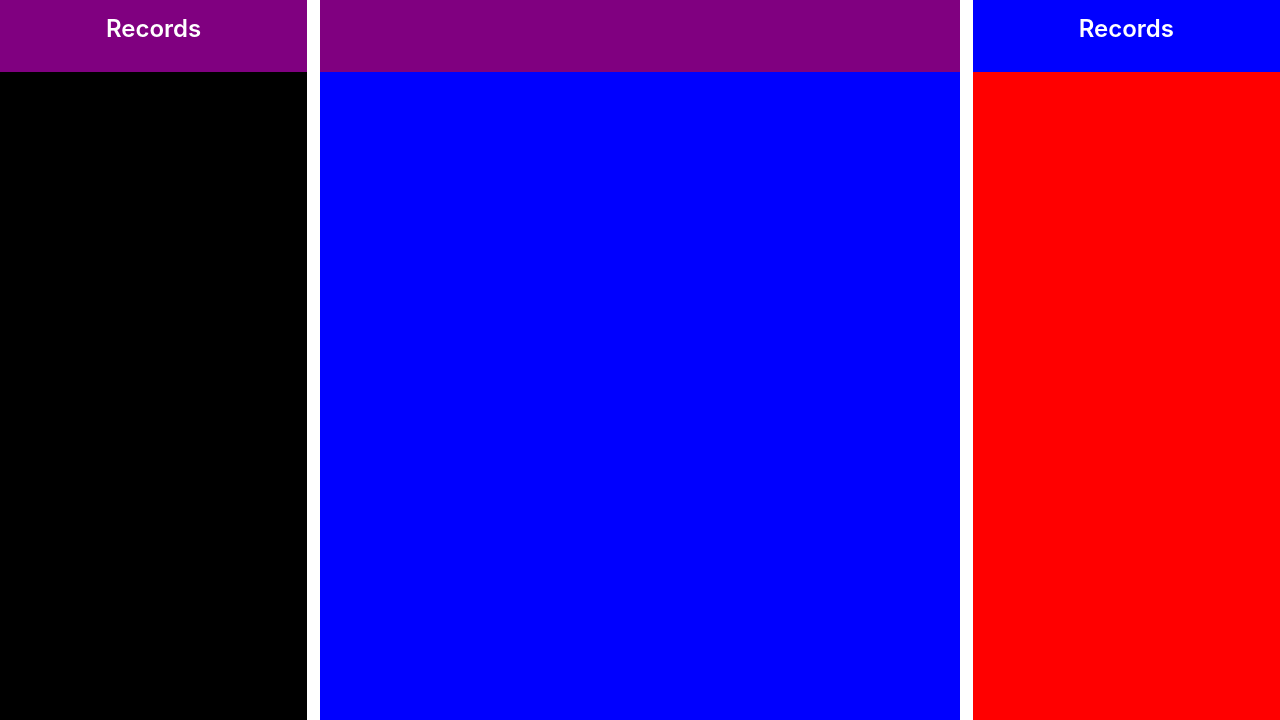
Repository: napan24/classforma_assignment
Page: / (app in client/)
The author's editor kept a copy of each file at every save. The page is drawn from the files as they stood at one save, then again after the next save.
The browser window is 1280 px wide. The pictures show the whole page.
The project was rebuilt for these pictures with package versions that can differ from the ones it lists, and the page was loaded fresh each time. Also part of the build but not shown: client/src/App.css.

Above is the page before, as saved 2022-07-19 16:38:34.

After the next save:
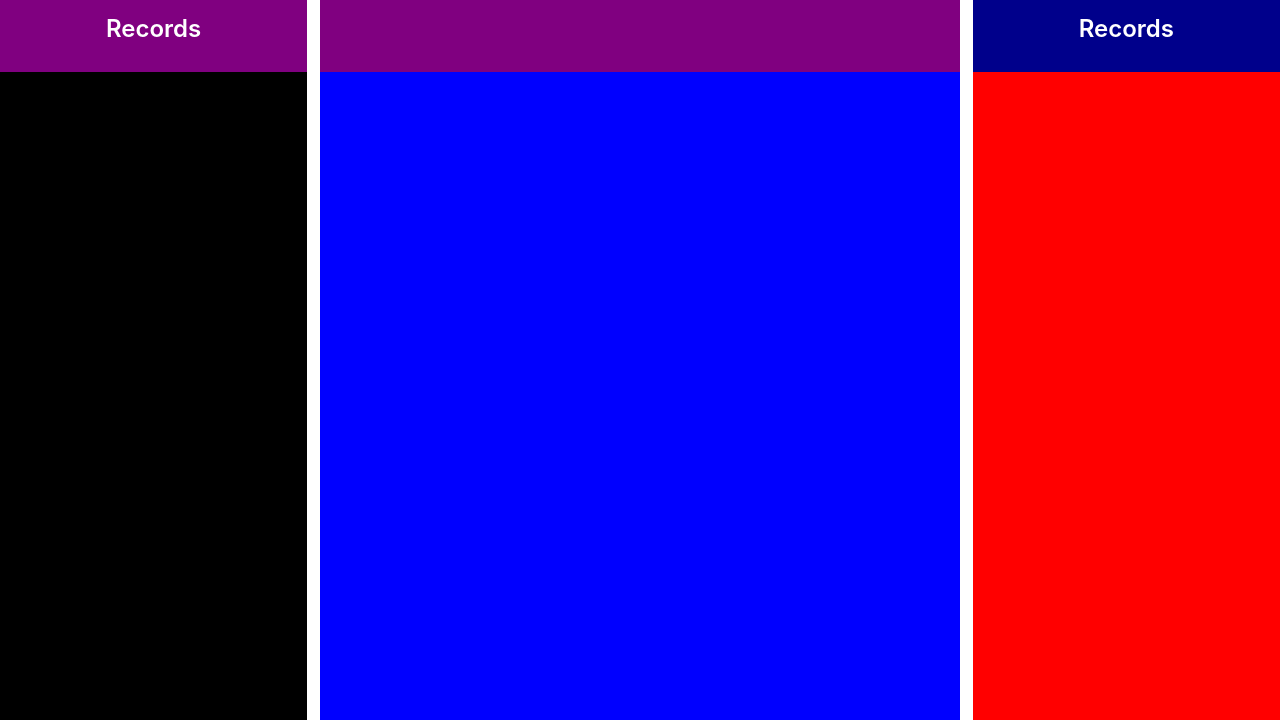
Saved 22 s later.
--- a/client/src/Home.js
+++ b/client/src/Home.js
@@ -23,7 +23,7 @@ const Home = () => {
                     </div>
                 </div>
                 <div style={{ width: "24vw", height: "100vh", backgroundColor: "red" }}>
-                    <div style={{ width: "24vw", height: "10vh", backgroundColor: "blue", textAlign: 'center', fontSize: '150%', color: "white", fontWeight: "600", position: "fixed" }}>
+                    <div style={{ width: "24vw", height: "10vh", backgroundColor: "#00008b", textAlign: 'center', fontSize: '150%', color: "white", fontWeight: "600", position: "fixed" }}>
                         <p style={{ marginTop: "2vh" }}>
                             Records
                         </p>
